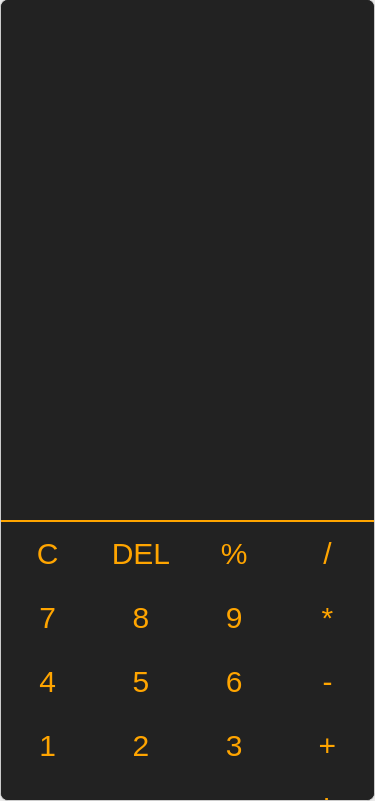
Repository: JuliusMonday/myCalculator
Page: index.html
These files come from the project's save history. The page is drawn as it stood at one moment and after a run of saves; the edit follows.
The browser window is 375 px wide. The pictures show the whole page.

Above is the page before, as saved 2024-05-31 09:01:25.

After the next 2 saves:
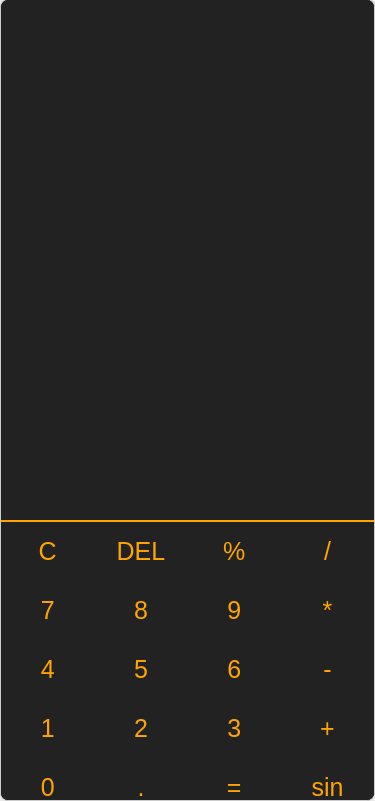
The 2 saves are shown as one change because they came seconds apart.
The last was saved 11 s later.
--- a/styles.css
+++ b/styles.css
@@ -80,7 +80,7 @@ button:active {
     }
     button {
         padding: 15px;
-        font-size: 30px;
+        font-size: 25px;
         background-color:#222;
         color: #FFA500;
         border: none;
